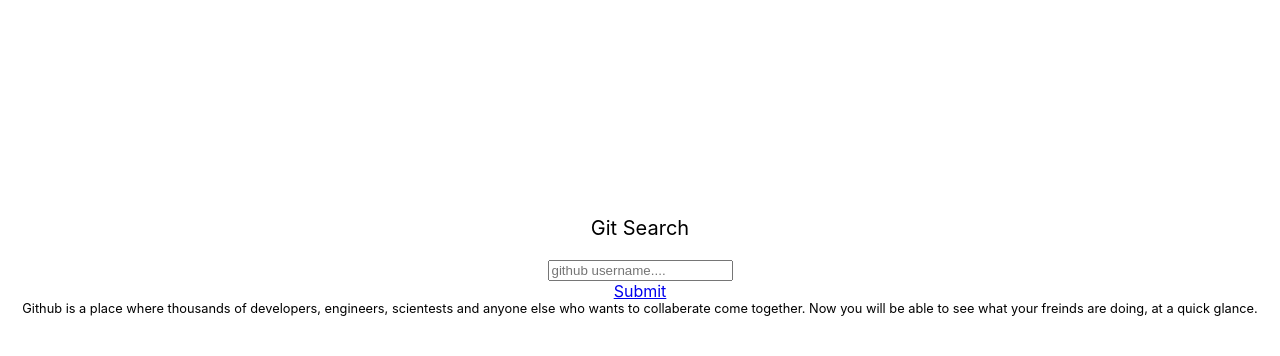
Repository: carlsopa/gitsearch
Page: / (app in gitsearch/)
An editor plug-in stored every save of this project. The page is shown before and after the next save, followed by the edit.
The browser window is 1280 px wide. The pictures show the whole page.
The project was rebuilt for these pictures with package versions that can differ from the ones it lists, and the page was loaded fresh each time. Also part of the build but not shown: gitsearch/src/components/profile.js, gitsearch/src/components/repo_card.js, gitsearch/src/components/repos.js.

Above is the page before, as saved 2020-06-23 08:27:04.

### gitsearch/src/App.js
import React,{useState,useEffect} from 'react';
import './App.css';
import'./design/git.css'
import Profile from './components/profile';
import Repos from './components/repos';
import Holder from './components/holder';


function App() {
  const uri = 'https://api.github.com/users/'
  const [searchTerm,setSearchTerm] = useState('')
  const [loaded,setLoaded] = useState(false);
  const [results, setResults] = useState([])
  const [error,setError] = useState('')
  const alpha=(data)=>{
    setSearchTerm(data);
  }
  const FetchUser=()=>{
    fetch(uri+searchTerm,{
      headers:{
        Authorization: "basic "+btoa('carlsopa')
      }
    })
    .then(res=>res.json())
    .then(
      (result)=>{
        setLoaded(true)
        setResults(result)
      },
      (error)=>{
        setLoaded(true)
        setError(error)
      }
    )
  }
  return (
    <div className="App">
      <header>
        {results.length!=0?<div><div class='header' id="header_search">Git Search</div>
        <input type="text" id="gitSearch" placeholder="git profile...." onChange={(e)=>setSearchTerm(e.target.value)}/>
        <a href="#" onClick={(e)=>FetchUser()}>Submit</a></div>:null}
      </header>
      {results.length===0?<Holder alpha={alpha} fetch={FetchUser}/>:
      <div><Profile values={results}/><Repos values={results}/></div>}
    </div>
  );
}

export default App;

### gitsearch/src/design/git.css
#start{
    position: relative;
    display: flex;
  flex-direction: column;
  align-items: center;
  /* justify-content: center; */
  /* min-height: 100vh; */
  top:30vh;
}
#title{
    margin-bottom:20px;
    /* font-size:1.25rem; */
}
.header{
    font-size:1.25rem;
}
#sub_text{
    font-size:.8rem;
}

### gitsearch/src/components/holder.js
import React from 'react';

function Holder(props) {
    return (
        <div id='start'>
            <div class='header' id='title'>Git Search</div>
            <input type="text" placeholder='github username....' onChange={(e)=>props.alpha(e.target.value)}/>
            <a href="#" onClick={(e)=>props.fetch()}>Submit</a>
            <div id="sub_text" >
                Github is a place where thousands of developers, engineers, scientests and anyone else who wants to collaberate come together.  Now you will be able to see what your freinds are doing, at a quick glance.
            </div>

        </div>
    )
}

export default Holder;

Loaded but not shown: gitsearch/public/index.html (common file); gitsearch/src/index.js (common file); gitsearch/src/index.css (common file); gitsearch/src/serviceWorker.js (common file); gitsearch/src/App.css (common file)

After the next save:
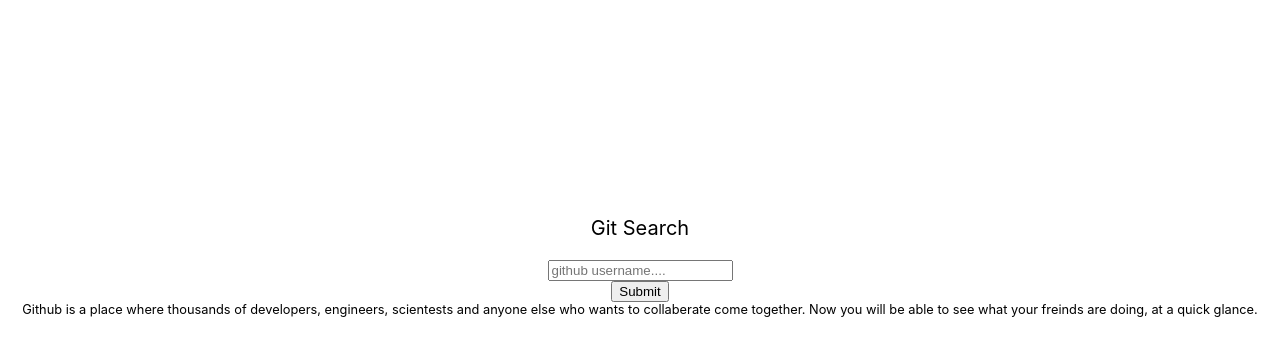
Saved 3 min 0 s later.
--- a/gitsearch/src/components/holder.js
+++ b/gitsearch/src/components/holder.js
@@ -5,7 +5,7 @@
         <div id='start'>
             <div class='header' id='title'>Git Search</div>
             <input type="text" placeholder='github username....' onChange={(e)=>props.alpha(e.target.value)}/>
-            <a href="#" onClick={(e)=>props.fetch()}>Submit</a>
+            <button type="button" onClick={(e)=>props.fetch()}>Submit</button>
             <div id="sub_text" >
                 Github is a place where thousands of developers, engineers, scientests and anyone else who wants to collaberate come together.  Now you will be able to see what your freinds are doing, at a quick glance.
             </div>
